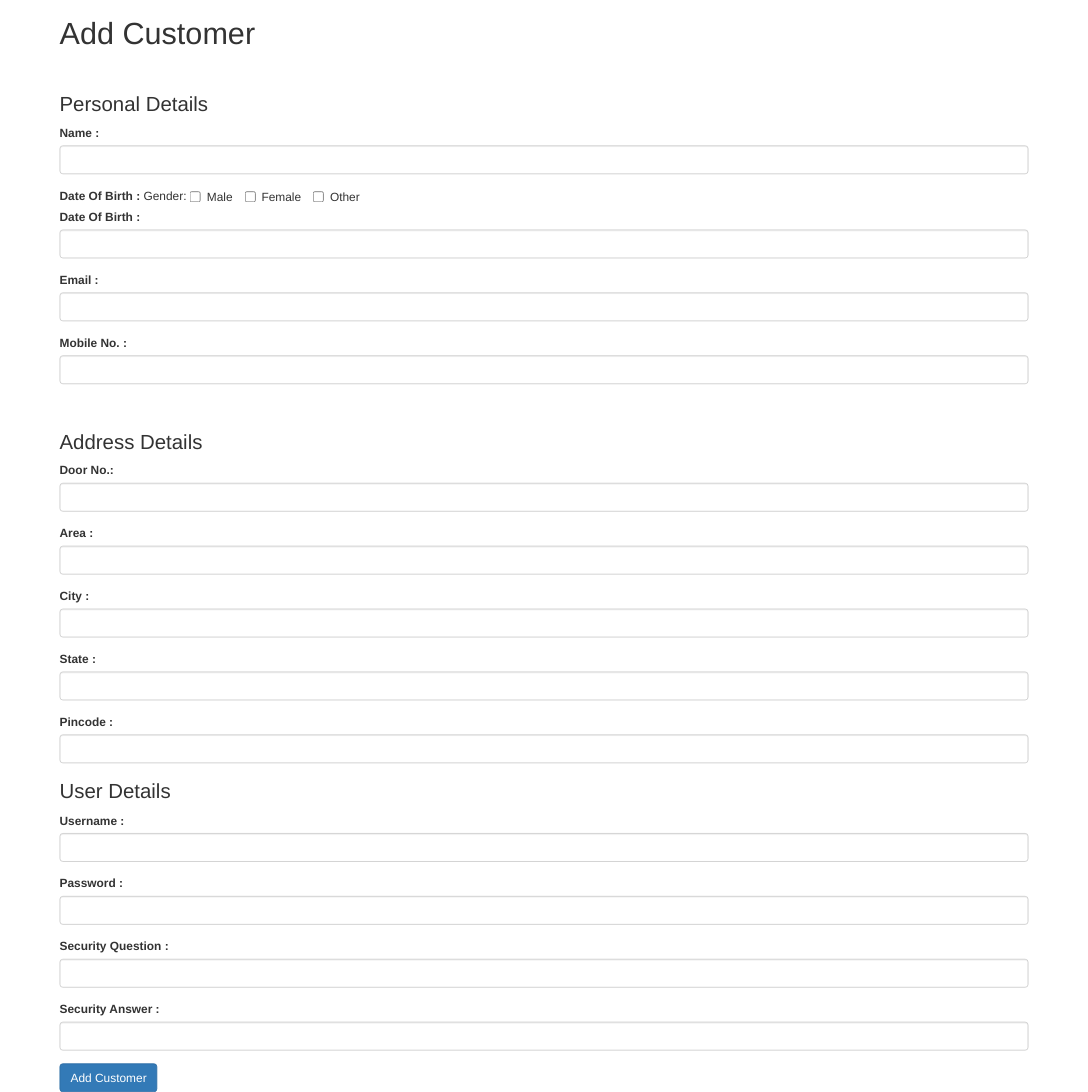
Repository: Shubham-Gawade/SpringHibernateTraining
Page: http://localhost/xorbankonline/WEB-INF/pages/addcustomer.jsp
The author's editor kept a copy of each file at every save. The page is drawn from the files as they stood at one save, then again after the next save.
The browser window is 1280 px wide. The pictures show the whole page, at 85% of full size.
The page is served by Tomcat 9. Nobody is signed in. Other server files are loaded and not shown. The template is opened directly, without the code that normally fills it, so the values that code supplies are empty.

Above is the page before, as saved 2021-10-07 04:47:35.

### xorbankonline/src/main/webapp/WEB-INF/pages/addcustomer.jsp
<%@ page language="java" contentType="text/html; charset=ISO-8859-1"
    pageEncoding="ISO-8859-1"%>
<%@ taglib prefix="form" uri="http://www.springframework.org/tags/form" %>
<!DOCTYPE html>
<html>
<head>
<meta charset="ISO-8859-1">
<title>Insert title here</title>
<link rel="stylesheet" href="https://maxcdn.bootstrapcdn.com/bootstrap/3.3.7/css/bootstrap.min.css">
</head>
<body class="container">
	<h1>Add Customer</h1>
	<form:form action="addcustomer" method="post" modelAttribute="customerObj">
		<br/>
		<h3>Personal Details</h3>
		<div class="form-group">
		    <label for="name">Name :</label>
		    <form:input type="text" path="personName" class="form-control" name="name"/>
		</div>
		<label for="dateOfBirth">Date Of Birth :</label>
		Gender:
		<label class="checkbox-inline"><input type="checkbox" name="gender" value="MALE">Male</label>
		<label class="checkbox-inline"><input type="checkbox" name="gender" value="FEMALE">Female</label>
		<label class="checkbox-inline"><input type="checkbox" name="gender" value="OTHER">Other</label>
		<div class="form-group">
		    <label for="dateOfBirth">Date Of Birth :</label>
		    <input type="text" class="form-control" name="dateOfBirth">
		</div>
		<div class="form-group">
		    <label for="emailId">Email :</label>
		    <form:input type="email" class="form-control" path="emailId" name="emailId"/>
		</div>
		<div class="form-group">
		    <label for="email">Mobile No. :</label>
		    <form:input type="number" class="form-control" path="mobileNo" name="mobileNo"/>
		</div>

		<br/>
		<h3>Address Details</h3>
		<div class="form-group">
		    <label for="doorNo">Door No.:</label>
		    <form:input type="text" class="form-control" path="address.doorNo" name="doorNo"/>
		</div>
		<div class="form-group">
		    <label for="area">Area :</label>
		    <form:input type="text" class="form-control" path="address.area" name="area"/>
		</div>
		<div class="form-group">
		    <label for="city">City :</label>
		    <form:input type="text" class="form-control" path="address.city" name="city"/>
		</div>
		<div class="form-group">
		    <label for="state">State :</label>
		    <form:input type="text" class="form-control" path="address.state" name="state"/>
		</div>
		<div class="form-group">
		    <label for="pincode">Pincode :</label>
		    <form:input type="text" class="form-control" path="address.pincode" name="pincode"/>
		</div>

		<h3>User Details</h3>
		<div class="form-group">
		    <label for="userName">Username :</label>
		    <form:input type="text" class="form-control" path="user.userName" name="userName"/>
		</div>
		<div class="form-group">
		    <label for="password">Password :</label>
		    <form:input type="text" class="form-control" path="user.password" name="password"/>
		</div>
		<div class="form-group">
		    <label for="securityQuestion">Security Question :</label>
		    <form:input type="text" class="form-control" path="user.securityQuestion" name="securityQuestion"/>
		</div>
		<div class="form-group">
		    <label for="securityAnswer">Security Answer :</label>
		    <form:input type="text" class="form-control" path="user.securityAnswer" name="securityAnswer"/>
		</div>
		<input class="btn btn-primary" type="submit" value="Add Customer"/>
	</form:form>
</body>
</html>

After the next save:
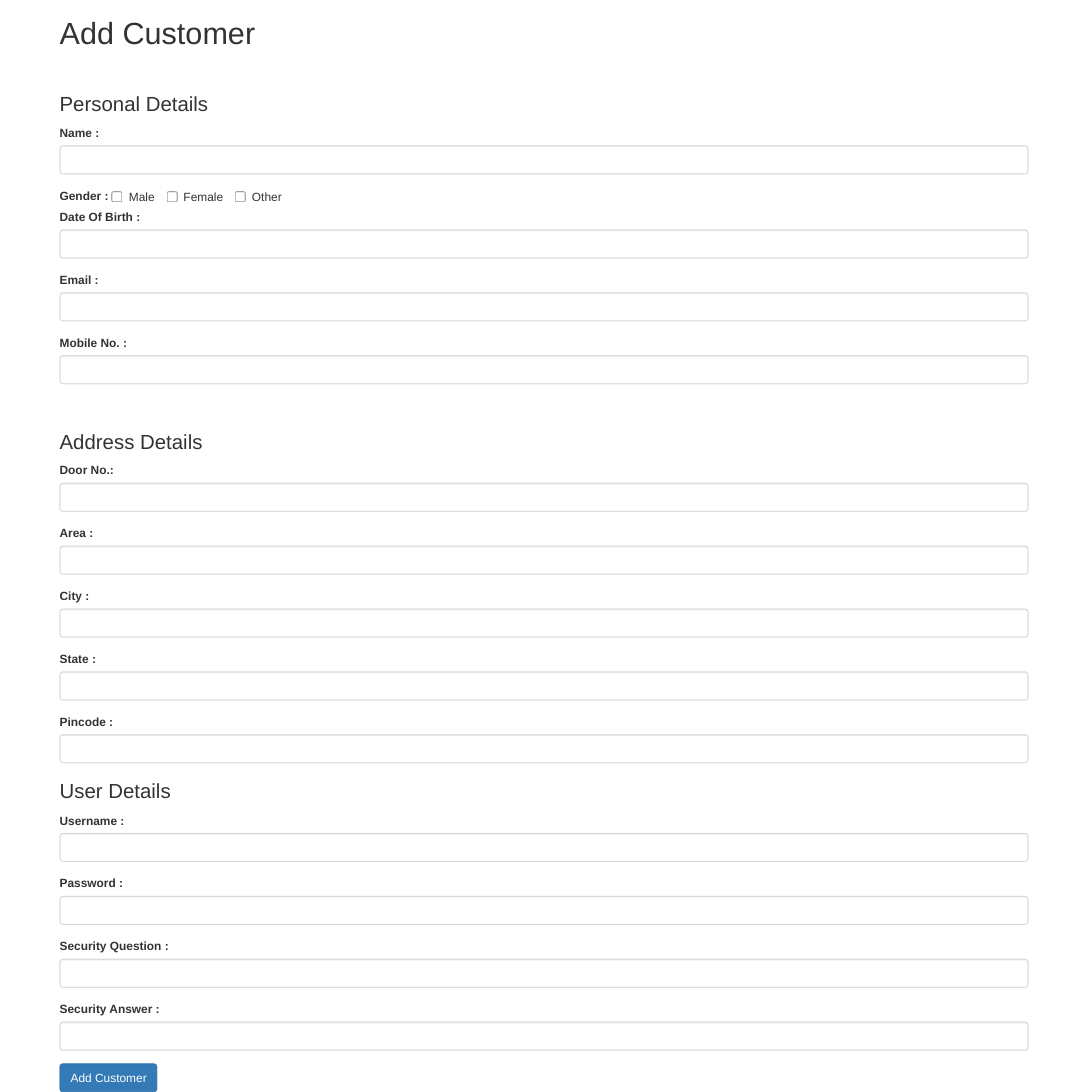
Saved 16 s later.
--- a/xorbankonline/src/main/webapp/WEB-INF/pages/addcustomer.jsp
+++ b/xorbankonline/src/main/webapp/WEB-INF/pages/addcustomer.jsp
@@ -17,8 +17,7 @@
 		    <label for="name">Name :</label>
 		    <form:input type="text" path="personName" class="form-control" name="name"/>
 		</div>
-		<label for="dateOfBirth">Date Of Birth :</label>
-		Gender:
+		<label name="gender">Gender :</label>
 		<label class="checkbox-inline"><input type="checkbox" name="gender" value="MALE">Male</label>
 		<label class="checkbox-inline"><input type="checkbox" name="gender" value="FEMALE">Female</label>
 		<label class="checkbox-inline"><input type="checkbox" name="gender" value="OTHER">Other</label>
